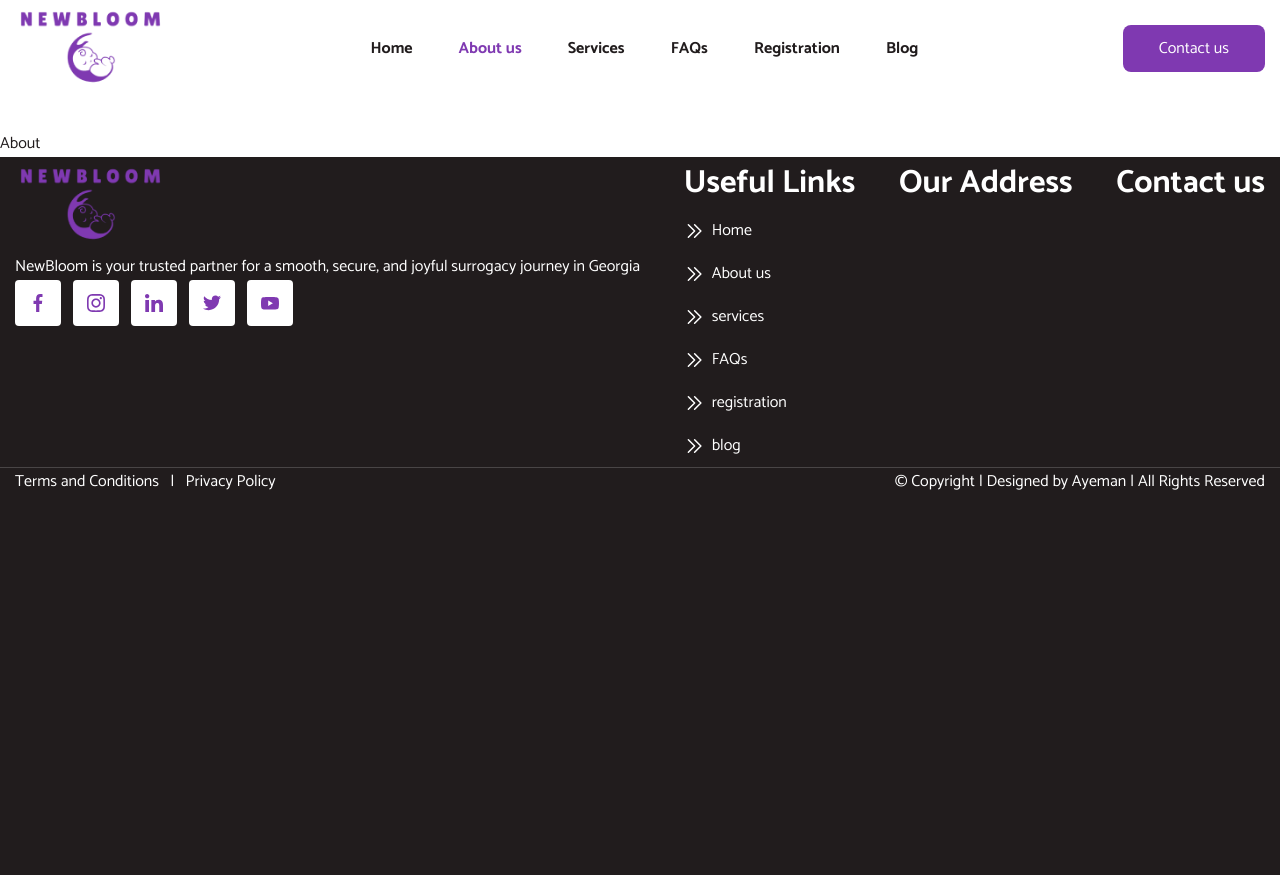
Repository: LenarTulupov/bloom
Page: /about
The author's editor kept a copy of each file at every save. The page is drawn from the files as they stood at one save, then again after a run of saves.
The browser window is 1280 px wide. The pictures show the whole page.
The project was rebuilt for these pictures with package versions that can differ from the ones it lists, and the page was loaded fresh each time. The framework's server and built-in components were replaced by stand-ins that run in the browser. Also part of the build but not shown: next.config.ts.

Above is the page before, as saved 2024-12-28 10:47:47.

### src/app/layout.tsx
import type { Metadata } from "next";
import "./globals.scss";

export const metadata: Metadata = {
  title: "Create Next App",
  description: "Generated by create next app",
};

export default function RootLayout({
  children,
}: Readonly<{
  children: React.ReactNode;
}>) {
  return (
    <html lang="en">
      <body>
        {children}
      </body>
    </html>
  );
}

### src/app/(pages)/layout.tsx
import Footer from "@/components/ui/footer/footer";
import Header from "@/components/ui/header/header";
import { ReactNode } from "react";
import styles from './layout.module.scss';

interface IPagesLayout {
  children: ReactNode;
}

export default function PagesLayout({ children }: IPagesLayout) {
  return (
    <>
      <Header />
      <main className={styles.children}>
        {children}
      </main>
      <Footer />
    </>
  )
};

### src/app/(pages)/about/page.tsx
import About from "@/client-pages/pages/about/about";

export default function AboutPage() {
  return <About />
};

### src/app/globals.scss
@import url('https://fonts.googleapis.com/css2?family=Catamaran:wght@400;500;600;700&display=swap');
@import url('https://fonts.googleapis.com/css2?family=Source+Sans+3:wght@600;700&display=swap');
@import url('https://fonts.googleapis.com/css2?family=Inter:opsz@14..32&display=swap');
@import url('https://fonts.googleapis.com/css2?family=Nunito:wght@600&display=swap');

:root {
  --background: #ffffff;

  --header-height: 130px;
  --footer-height: 718px;
  --container-width: 1350px;
  --border-radius-big: 12px;
  --border-radius-middle: 8px;
  --border-radius-small: 4px;

  --white-color: #fff;
  --black-color: #211c1d;
  --accent-color: #7f39b1;
  --gray-color: #F6F6F6;

  // Hovers
  --accent-hover: #9126de;

  --font-main: "Catamaran", serif;
  --font-second: "Source Sans 3", serif;
  --font-third: "Nunito", serif;
  --font-forth: "Inter", serif;
}

html,
body {
  max-width: 100vw;
  overflow-x: hidden;
}

body {
  color: var(--black-color);
  background: var(--background);
  font-family: var(--font-main);
  -webkit-font-smoothing: antialiased;
  -moz-osx-font-smoothing: grayscale;
}

* {
  box-sizing: border-box;
  padding: 0;
  margin: 0;
}

a {
  color: inherit;
  text-decoration: none;
}
li {
  list-style-type: none;
}

### src/components/ui/footer/footer.tsx
import Container from '../container/container';
import Divider from '../divider/divider';
import FooterCompany from './footer-company/footer-company';
import FooterLinks from './footer-links/footer-links';
import FooterAddress from './footer-address/footer-address';
import FooterContact from './footer-contact/footer-contact';
import styles from './footer.module.scss';
import FooterPrivacy from './footer-privacy/footer-privacy';

export default function Footer() {
  return (
    <footer className={styles.footer}>
      <Container>
        <div className={styles.footer__content}>
          <FooterCompany />
          <FooterLinks />
          <FooterAddress />
          <FooterContact />
        </div>
      </Container>
      <Divider />
      <Container>
        <FooterPrivacy />
      </Container>
    </footer>
  )
};

### src/components/ui/header/header.tsx
import styles from './header.module.scss';
import Navigation from "../navigation/navigation";
import Logo from '../logo/logo';
import Button from '../button/button';
import Container from '../container/container';

export default function Header() {
  return (
    <header className={styles.header}>
      <Container>
        <div className={styles.header__content}>
          <Logo />
          <Navigation/>
          <Button href='/contact-us'>Contact us</Button>
        </div>
      </Container>
    </header>
  )
};

### src/app/(pages)/layout.module.scss
.children {
  min-height: calc(100vh - var(--header-height) - var(--footer-height));
}

### src/client-pages/pages/about/about.tsx
export default function About() {
  return (
    <div>
        About
    </div>
  )
};

### src/components/ui/container/container.tsx
import { ReactNode } from 'react';
import styles from './container.module.scss';

interface IContainer {
  children: ReactNode;
  className?: string;
}

export default function Container({ children, className }: IContainer) {
  return (
    <div className={`${styles.container} ${className || ''}`}>
      {children}
    </div>
  )
};

### src/components/ui/divider/divider.tsx
import styles from './divider.module.scss';

export default function Divider() {
  return (
    <div className={styles.divider} />
  )
};

### src/components/ui/footer/footer-company/footer-company.tsx
import Logo from '../../logo/logo';
import styles from './footer-company.module.scss';
import FooterSocials from './footer-socials/footer-socials';

export default function FooterCompany() {
  return (
    <div className={styles.footer__company}>
      <Logo />
      <p className={styles['footer__company-description']}>
        NewBloom is your trusted partner for a smooth, secure, and joyful surrogacy journey in Georgia
      </p>
      <FooterSocials />
    </div>
  )
};

### src/components/ui/footer/footer-links/footer-links.tsx
import { navItems } from '@/constants/nav-items';
import styles from './footer-links.module.scss';
import Link from 'next/link';
import Image from 'next/image';
import Title from '../../title/title';

export default function FooterLinks() {
  return (
    <div className={styles['footer__links']}>
      <Title title='Useful Links' />
      <ul className={styles['footer__links-list']}>
        {navItems.map((item) => (
          <li key={item.id} className={styles['footer__links-item']}>
            <Link href={item.href} className={styles['footer__links-link']}>
              <Image
                alt="dobble arrow"
                src="/icons/DobbleArrow.svg"
                width={20}
                height={20}
              />
              {item.name}
            </Link>
          </li>
        ))}
      </ul>
    </div>
  )
};

### src/components/ui/footer/footer-address/footer-address.tsx
import Title from "../../title/title";

export default function FooterAddress() {
  return (
    <div>
      <Title title='Our Address' />
    </div>
  )
};

### src/components/ui/footer/footer-contact/footer-contact.tsx
import Title from "../../title/title";

export default function FooterContact() {
  return (
    <div>
      <Title title='Contact us' />
    </div>
  )
};

### src/components/ui/footer/footer.module.scss
.footer {
  height: var(--footer-height);
  background-color: var(--black-color);
  &__content {
    display: flex;
    justify-content: space-between;
  }
}

### src/components/ui/footer/footer-privacy/footer-privacy.tsx
import styles from './footer-privacy.module.scss';

export default function FooterPrivacy() {
  return (
    <div className={styles.footer__privacy}>
      <div>Terms and Conditions   |   Privacy Policy </div>
      <div>© Copyright | Designed  by Ayeman | All Rights Reserved</div>
    </div>
  )
};

### src/components/ui/header/header.module.scss
.header {
  height: var(--header-height);
  background-color: var(--white-color);
  &__content {
    display: flex;
    justify-content: space-between;
    align-items: center;
  }
}

### src/components/ui/navigation/navigation.tsx
'use client'

import Link from 'next/link';
import { usePathname } from 'next/navigation';
import styles from './navigation.module.scss';
import { navItems } from '@/constants/nav-items';

export default function Navigation() {
  const pathname = usePathname();
  return (
    <nav className={styles.navigation}>
      <ul className={styles.navigation__list}>
        {navItems.map((item) => (
          <li key={item.id} className={styles.navigation__item}>
            <Link
              href={item.href.toLowerCase()}
              className={`
                ${styles.navigation__link}
                ${pathname === item.href ? styles.navigation__link_active : ''}
              `}
            >
              {item.name.slice(0, 1).toUpperCase() + item.name.slice(1)}
            </Link>
          </li>
        ))}
      </ul>
    </nav>
  )
};

### src/components/ui/logo/logo.tsx
import Image from "next/image";
import styles from './logo.module.scss';

export default function Logo() {
  const logo = '/logo.png';
  return (
    <div className={styles.logo}>
      <Image
        alt="logo"
        src={logo}
        width={151}
        height={87}
        priority
      />
    </div>
  )
};

### src/components/ui/button/button.tsx
import Link from "next/link";
import { ReactNode } from "react";
import styles from './button.module.scss';

interface IButton {
  children: ReactNode;
  href: string;
  color?: 'purple' | 'white' | 'yellow';
  className?: string;
}

export default function Button({
  children,
  href,
  color = 'purple',
  className }: IButton) {
  return (
    <Link
      className={`
        ${styles.button}
        ${className || ''}
        ${styles[color]}
      `}
      href={href}
      color={color}
    >
      {children}
    </Link>
  )
};

### src/components/ui/container/container.module.scss
.container {
  max-width: var(--container-width);
  margin: 0 auto;
  padding: 0 15px;
}

### src/components/ui/divider/divider.module.scss
.divider {
  width: 100%;
  height: 1px;
  background-color: var(--white-color);
  opacity: .18;
}

### src/components/ui/footer/footer-company/footer-company.module.scss
.footer {
  &__company {
    &-description {
      color: var(--white-color);
    }
  }
}

### src/components/ui/footer/footer-company/footer-socials/footer-socials.tsx
import { socialButtons } from "@/constants/social-buttons";
import SocialButton from "../../../social-button/social-button";
import styles from './footer-socials.module.scss';

export default function FooterSocials() {
  return (
    <div className={styles['footer__company-socials']}>
      {socialButtons.map((button) => (
        <SocialButton
          key={button.id}
          href={button.name}
          alt={button.name}
          src={button.icon}
        />
      ))}
    </div>
  )
};

### src/constants/nav-items.ts
export const navItems = [
  { id: 1, href: "/", name: "Home" },
  { id: 2, href: "/about", name: "About us" },
  { id: 3, href: "/services", name: "services" },
  { id: 4, href: "/FAQs", name: "FAQs" },
  { id: 5, href: "/registration", name: "registration" },
  { id: 6, href: "/blog", name: "blog" },
];

### src/components/ui/footer/footer-links/footer-links.module.scss
.footer__links {
  &-list {
    color: var(--white-color);
  }
  &-link {
    display: flex;
    align-items: center;
    column-gap: 8px;
    padding: 8px 0;
  }
}

### src/components/ui/title/title.tsx
import { HTMLAttributes } from 'react';
import styles from './title.module.scss';

interface ITitle extends HTMLAttributes<HTMLHeadingElement> {
  title: string;
  className?: string;
  color?: 'white' | 'black';
}

export default function Title({
  title,
  className,
  color = 'white',
  ...props }: ITitle) {
  return (
    <h1
      className={`
        ${styles.title}
        ${className || ''}
        ${styles[color]}
      `}
      {...props}
    >
      {title}
    </h1>
  )
};

### src/components/ui/footer/footer-privacy/footer-privacy.module.scss
.footer {
  &__privacy {
    color: white;
    display: flex;
    justify-content: space-between;
  }
}

### src/components/ui/navigation/navigation.module.scss
.navigation {
  &__list {
    display: flex;
    font-weight: 700;
  }
  &__link {
    padding: 27px 23px;
    &_active {
      color: var(--accent-color);
    }
  }
}

### src/components/ui/logo/logo.module.scss
.logo {
  position: relative;
  img {
    object-fit: cover;
  }
}

### src/components/ui/button/button.module.scss
.button {
  padding: 10px 36px;
  border-radius: var(--border-radius-middle);
  color: var(--white-color);

}

.purple {
  background-color: var(--accent-color);
  transition: background-color .3s ease-in-out;
  &:hover {
    background-color: var(--accent-hover);
  }
}
.white {

}
.yellow {

}

### src/constants/social-buttons.ts
export const socialButtons = [
  {id: 1, name: 'facebook', icon: '/icons/Facebook.svg'},
  {id: 2, name: 'instagram', icon: '/icons/Instagram.svg'},
  {id: 3, name: 'linkedin', icon: '/icons/Linkedin.svg'},
  {id: 4, name: 'twitter', icon: '/icons/twitter.svg'},
  {id: 5, name: 'youtube', icon: '/icons/youtube.svg'},
]

### src/components/ui/social-button/social-button.tsx
import Image from "next/image";
import Link from "next/link";
import styles from './social-button.module.scss';

interface ISocialButton {
  href: string;
  alt: string;
  src: string;
}

export default function SocialButton({ href, alt, src }: ISocialButton) {
  return (
    <Link href={href} className={styles['social-button']}>
      <Image
        alt={alt}
        src={src}
        width={18}
        height={18}
      />
    </Link>
  )
};

### src/components/ui/footer/footer-company/footer-socials/footer-socials.module.scss
.footer__company-socials {
  display: flex;
  column-gap: 12px;
}

### src/components/ui/title/title.module.scss
.title {

}
.white {
  color: var(--white-color)
}

### src/components/ui/social-button/social-button.module.scss
.social-button {
  display: flex;
  align-items: center;
  justify-content: center;
  width: 46px;
  height: 46px;
  background-color: var(--white-color);
  border-radius: var(--border-radius-small);
  &:hover {
    background-color: var(--accent-color);
    img {
      transition: filter .3s ease-in-out;
      filter: brightness(0) invert(1);
    }
  }
}

After the next 4 saves:
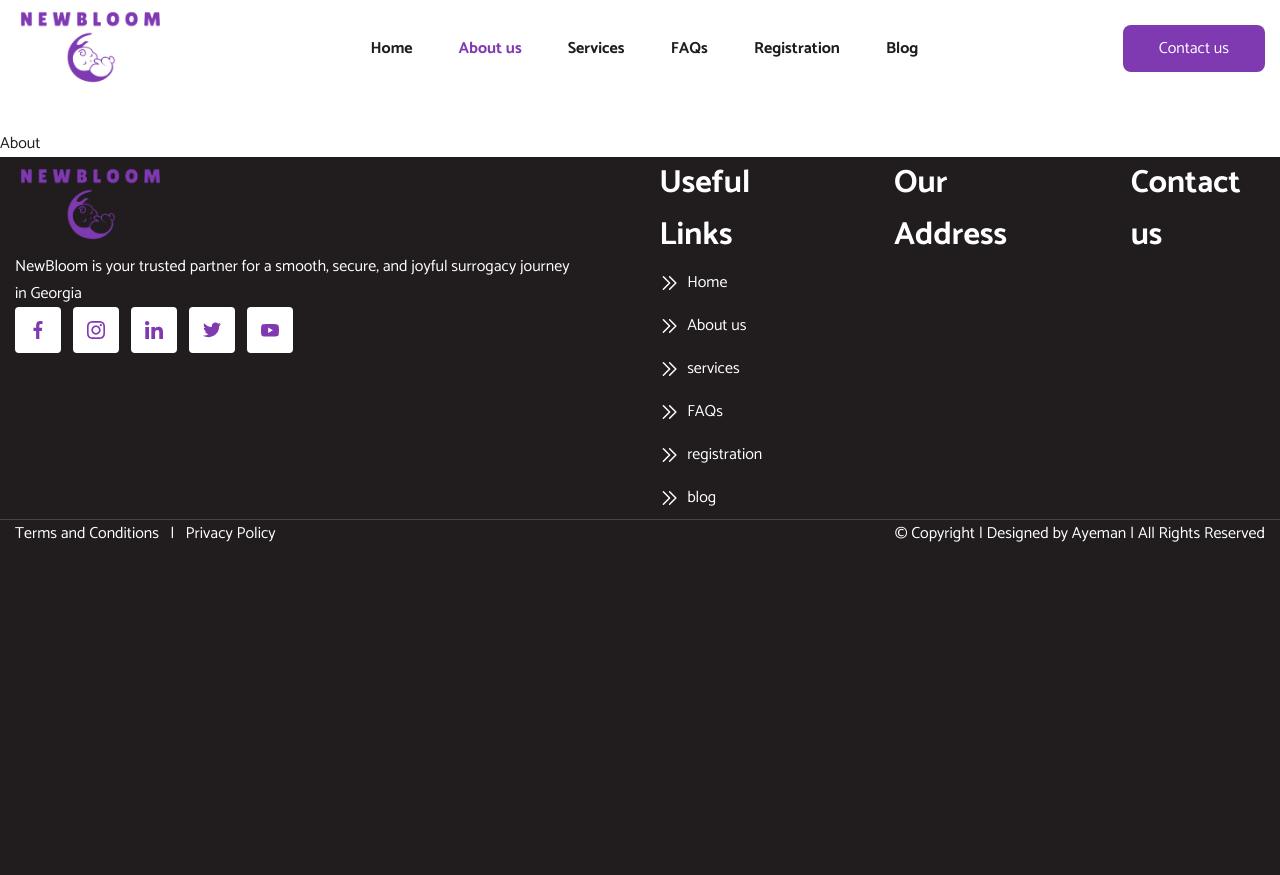
The 4 saves are shown as one change because 1 did not build or start and some came seconds apart.
The last was saved 22 s later.
--- a/src/components/ui/footer/footer.module.scss
+++ b/src/components/ui/footer/footer.module.scss
@@ -3,6 +3,6 @@
   background-color: var(--black-color);
   &__content {
     display: flex;
-    justify-content: space-between;
+    column-gap: 80px;
   }
 }
